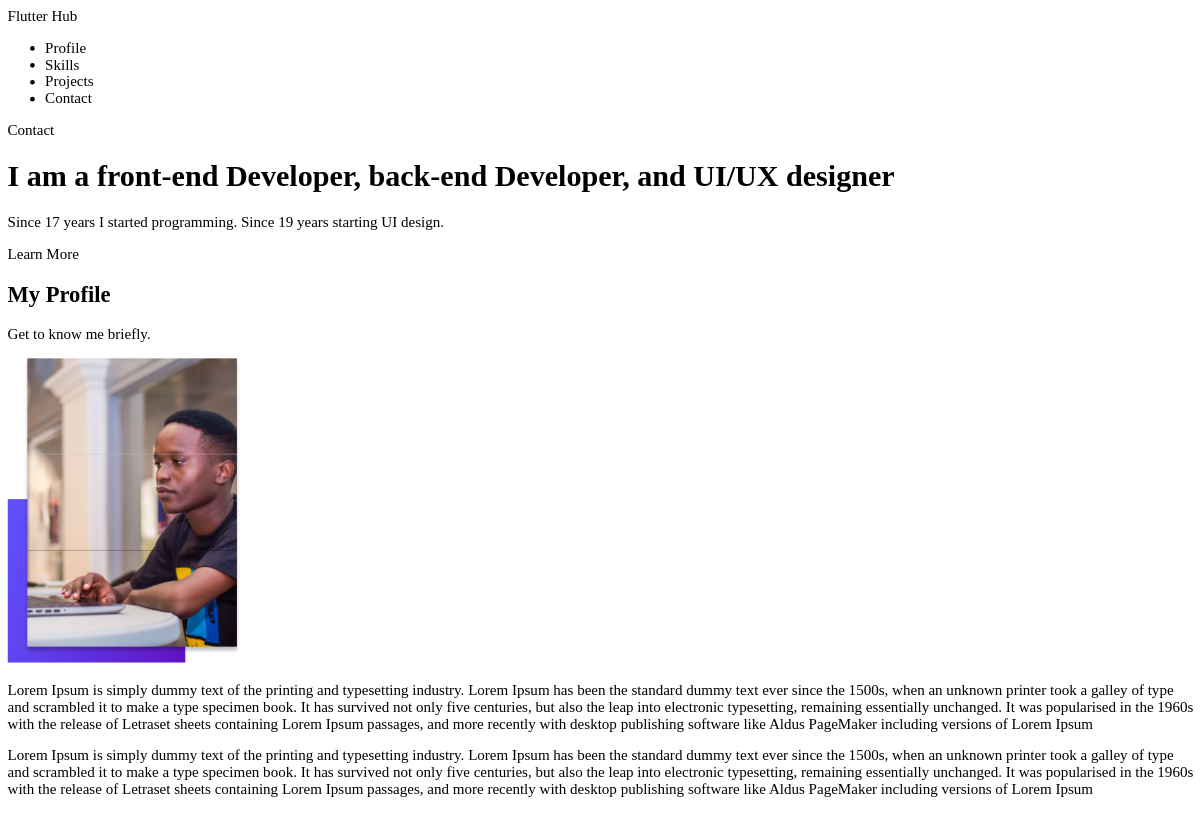
Repository: fhub-1/tutorial
Page: /
An editor plug-in stored every save of this project. The page is shown before and after the next save, followed by the edit.
The browser window is 1280 px wide. The pictures show the whole page, at 94% of full size.
The project was rebuilt for these pictures with package versions that can differ from the ones it lists, and the page was loaded fresh each time. The framework's server and built-in components were replaced by stand-ins that run in the browser. Also part of the build but not shown: next.config.js.

Above is the page before, as saved 2021-06-22 15:10:08.

After the next save:
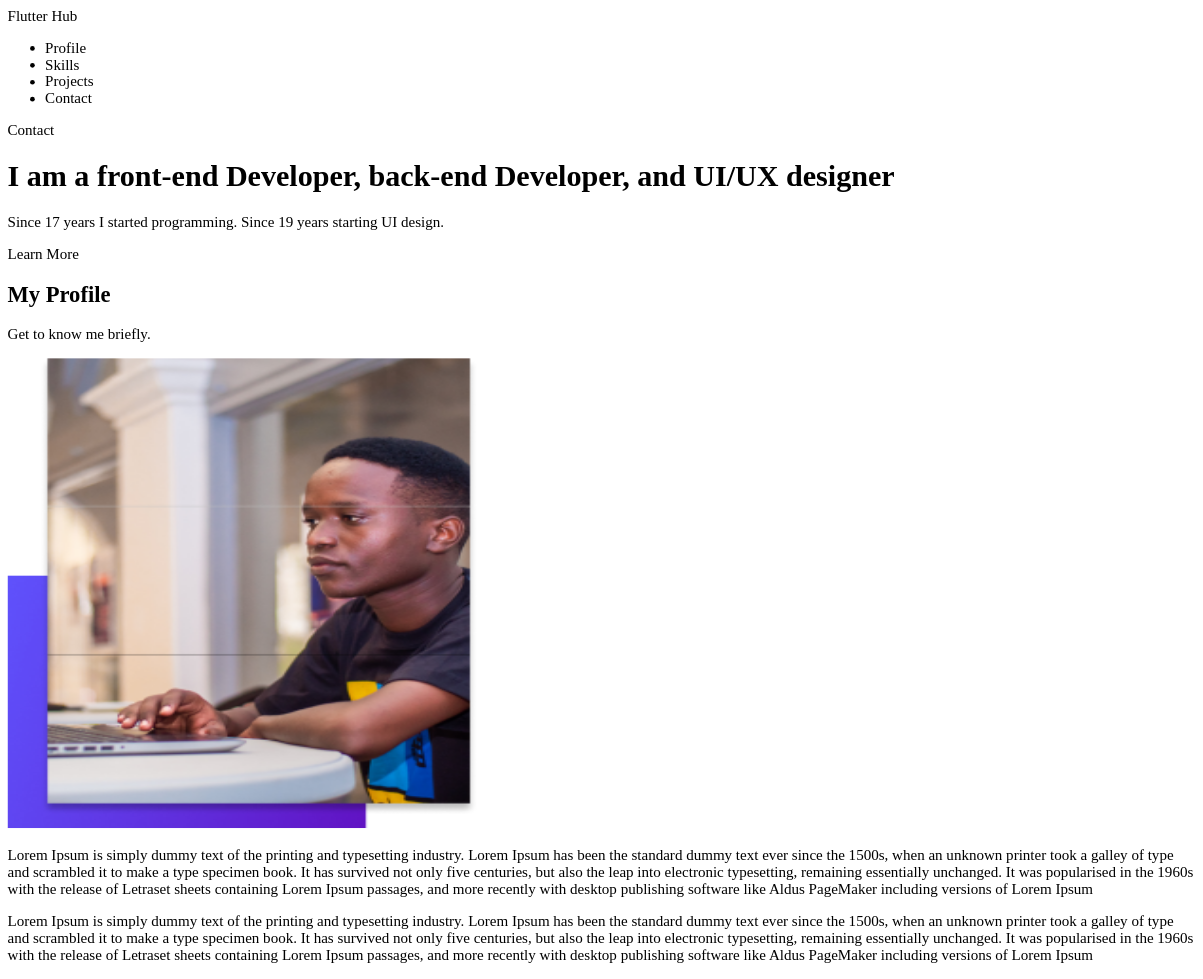
Saved 37 s later.
--- a/pages/index.js
+++ b/pages/index.js
@@ -43,7 +43,7 @@
           <p className="text-center text-gray-400 text-lg mt-2">Get to know me briefly.</p>
           <div className="flex">
             <div className="w-4/12">
-              <Image src={me}  alt="profile"/>
+              <Image src={me} alt="profile" width={500} height={500}/>
                 {/* <img src="/me.png" className="w-full"/> */}
             </div>
             <div className="w-8/12">

After the 2 saves that followed:
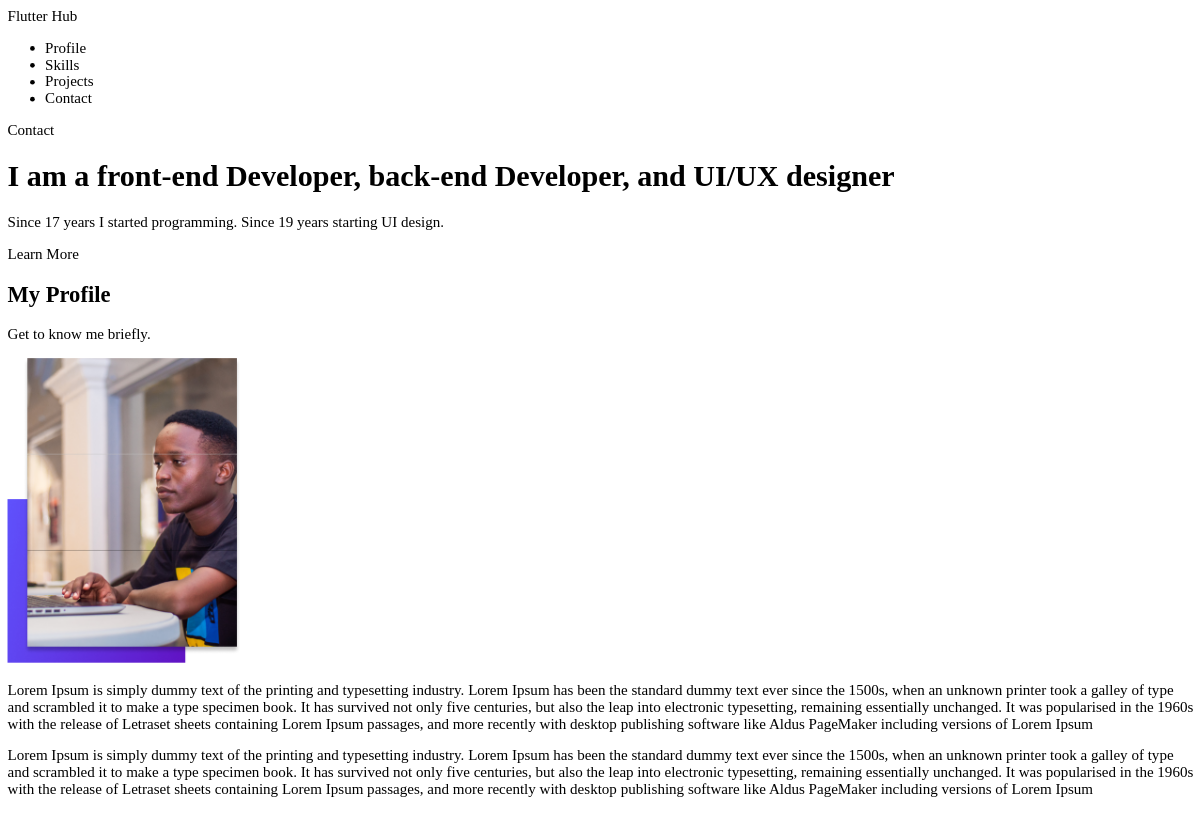
The 2 saves are shown as one change because 1 left the picture as it was.
The last was saved 103 s later.
--- a/pages/index.js
+++ b/pages/index.js
@@ -43,7 +43,7 @@
           <p className="text-center text-gray-400 text-lg mt-2">Get to know me briefly.</p>
           <div className="flex">
             <div className="w-4/12">
-              <Image src={me} alt="profile" width={500} height={500}/>
+              <img src="/me.png" alt="profile"/>
                 {/* <img src="/me.png" className="w-full"/> */}
             </div>
             <div className="w-8/12">
